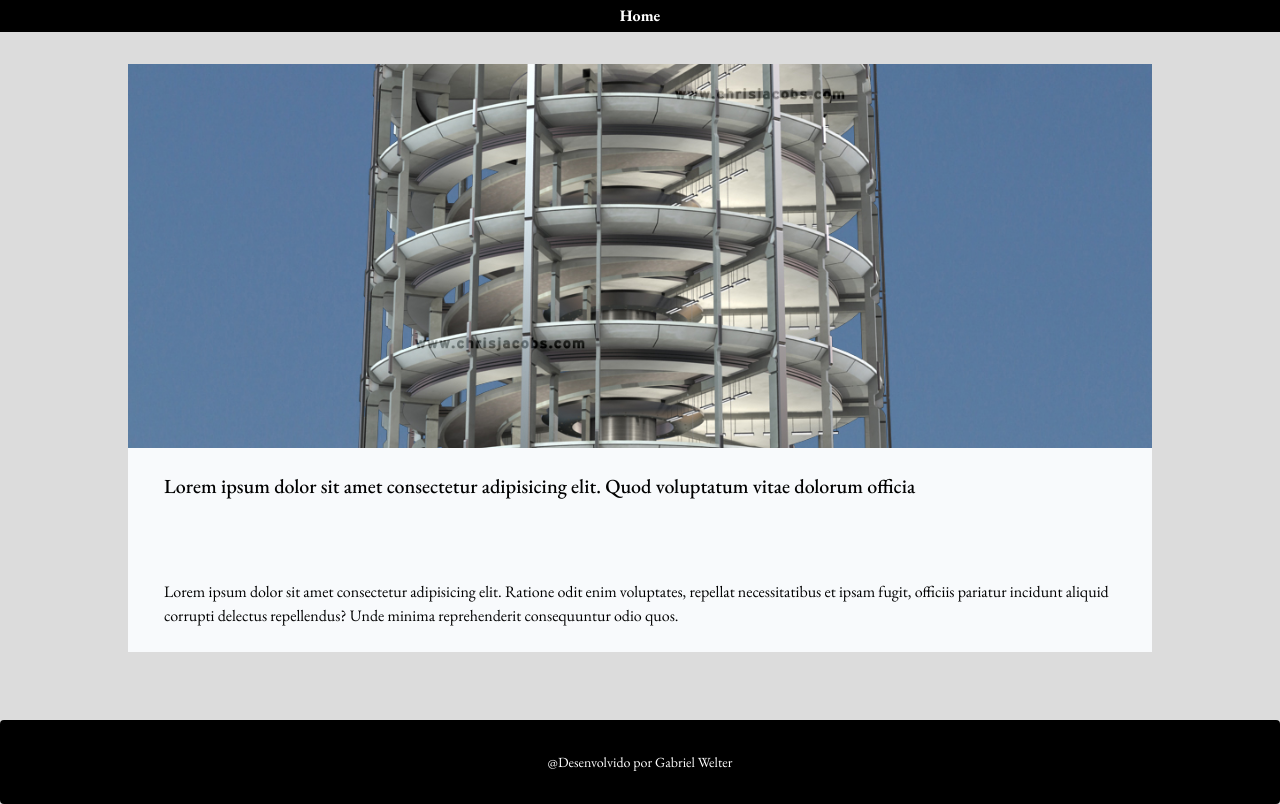
Repository: weltergab/Your-News-2-prismic-cms
Page: /noticiafull
An editor plug-in stored every save of this project. The page is shown before and after the next save, followed by the edit.
The browser window is 1280 px wide. The pictures show the whole page.
The project was rebuilt for these pictures with package versions that can differ from the ones it lists, and the page was loaded fresh each time. The framework's server and built-in components were replaced by stand-ins that run in the browser. Also part of the build but not shown: next.config.js.

Above is the page before, as saved 2023-04-30 20:10:36.

### src/pages/_document.tsx
import { Footer } from '@/components/Footer'
import { Navegacao } from '@/components/Navegacao'
import { Html, Head, Main, NextScript } from 'next/document'

export default function Document() {
  return (
    <Html lang="en">
      <Head>
        <link
          href="https://fonts.googleapis.com/css2?family=Roboto:wght@400;500&display=swap"
          rel="stylesheet"
        />
        <link rel="preconnect" href="https://fonts.googleapis.com" />
        <link rel="preconnect" href="https://fonts.gstatic.com" />
        <link href="https://fonts.googleapis.com/css2?family=EB+Garamond:ital,wght@0,400;0,500;0,600;0,700;0,800;1,400;1,500;1,600;1,700;1,800&family=Montserrat:ital,wght@0,300;0,400;0,500;0,600;0,700;0,800;0,900;1,300;1,400;1,500;1,600;1,700;1,800;1,900&display=swap" rel="stylesheet" />
      </Head>
      <body>
        <Navegacao />

        <Main />
        <NextScript />

        <Footer />
      </body>
    </Html>
  )
}

### src/pages/noticiafull/index.tsx
import Image from "next/image";

function NoticiaFull() {

  return (
    <div className='bg-color-bg bg-center bg-cover bg-no-repeat min-h-screen items-center flex flex-col'>

      <h1>Noticia Full</h1>
      <div className="bg-color-bg2 items-center flex flex-col mt-8 w-full max-w-5xl">
        <div className="h-96 w-full border-color-bg2 bg-green-300 relative overflow-hidden">
          <Image
            src="/vert.jpg"
            alt="Minha imagem"
            fill
            style={{ objectFit: 'cover' }} // object-fit: "contain"
          />
        </div>
        <div className="h-auto py-6 mx-3 px-6 flex flex-col relative">
          <h1 className="font-medium pb-20 text-xl">Lorem ipsum dolor sit amet consectetur adipisicing elit. Quod voluptatum vitae dolorum officia</h1>
          <p>Lorem ipsum dolor sit amet consectetur adipisicing elit. Ratione odit enim voluptates, repellat necessitatibus et ipsam fugit, officiis pariatur incidunt aliquid corrupti delectus repellendus? Unde minima reprehenderit consequuntur odio quos.</p>
        </div>
      </div>

    </div>
  )
}

export default NoticiaFull;

### src/styles/globals.css
@tailwind base;
@tailwind components;
@tailwind utilities;

h1 {
    @apply text-2xl text-color-title;
}

body {
    @apply bg-color-bg text-color-text2;
    -webkit-font-smoothing: antialiased;
  }

  /*

  a {
    color: #0070f3;
    text-decoration: none;
    font-weight: bold;
  }

  a:hover {
    font-style: italic;
  }


.btn {
    @apply text-base font-medium rounded-lg p-3;
}
.btn--primary {
    @apply bg-sky-500 text-white;
}
.btn--secondary {
    @apply bg-slate-100 text-slate-900;
}


Caixa de Texto 1
color: #f8fafc;
    background-color: var(--tw-prose-pre-bg);
    overflow-x: auto;
    font-weight: 400;
    font-size: .875em;
    line-height: 1.7142857;
    margin-top: 1.4285714285714286em;
    margin-bottom: 2.2857142857142856em;
    border-radius: 0.75rem;
    padding: 1.25rem;
    box-shadow: 0 4px 6px -1px #0000001a, 0 2px 4px -2px #0000001a;
    display: flex;
*/

### src/components/Footer/index.tsx
export function Footer() {
  return (
    <div className="bg-color-footer text-color-text w-full p-8 rounded">
      <div className="text-center text-sm">
        @Desenvolvido por Gabriel Welter
      </div>
    </div>
  );
}

### src/components/Navegacao/index.tsx
import Link from "next/link";

export function Navegacao() {
  return (
    <div className="bg-color-footer text-color-text w-full p-1 mb-40 top-0 fixed z-10">
      <div className="text-center">
        <Link href="/">
          <h2 className="font-bold">Home</h2>
        </Link>
      </div>
    </div>
  );
}

### tailwind.config.js
/** @type {import('tailwindcss').Config} */
module.exports = {
  content: [
    './src/pages/**/*.{js,ts,jsx,tsx,mdx}',
    './src/components/**/*.{js,ts,jsx,tsx,mdx}',
    './src/app/**/*.{js,ts,jsx,tsx,mdx}',

    // Or if using `src` directory:
    "./src/**/*.{js,ts,jsx,tsx,mdx}",
  ],
  theme: {
    extend: {
      backgroundImage: {
        blur: 'url(/assets/blur-background.png)'
      },
      fontFamily: {
        sans: 'EB Garamond, serif, Montserrat, sans-serif'
      },
      colors: {
        black1: { //
          200: '#848DA0',
          300: '#C4C4C4',
          400: '#444B5B',
          500: '#0EE7B7',
          600: '#7AC7E3',
        },
        green: {
          300: '#00B37E',
          500: '#00875F',
          700: '#015F43',
        },
        blue: {
          500: '#81D8F7',
          700: '#1B2138',
          900: '#11172B',//
        },
        orange: {
          500: '#FBA94C',
        },
        red: {
          500: '#F75A68',
        },
        gray: {
          100: '#E1E1E6',
          200: '#C4C4CC',
          300: '#8D8D99',
          400: '#f8fafc', //
          500: '#323238',
          600: '#29292E',
          700: '#121214',
          900: '#09090A',
        },
        test: {
          100: '#1A1E23',
          200: '#4A90E2',
          300: '#F2F2F2',
          400: '#222222',
          500: '#68CC7A',
          600: '#FF5B5B',
        },
        fav: {
          100: '#242D34', //desfocado twitter blue
          300: '#15202B', //twitter blue
          200: '#282A36', //vscode
          400: '#11172B', //meu portifolio
        },
        color1: {
          'btn': '#0E2A47', // botões principais, textos de destaque e links que precisam se destacar
          'btn2': '#485B39', // botões secundários, elementos de navegação e detalhes que precisam se destacar sem serem tão intensos
          'bg': '#D8D8D8', // bg
          'bg2': '#11172B', // fundos dos elementos de conteúdo
          'del': '#7A1E1E', // botões de ação destrutiva
          'title': '#3B0D35', // cabeçalhos de seções importantes e títulos de página
          'confirm': '#FFA400', // botões de ação positiva
          'text': '#FFFFFF', // texto principal e o fundo de elementos de destaque
          'text2': '#000000',
          'div': '#A8A8A8', // bordas e elementos de divisão
          'footer': '#000000', // footer e nav
        },
        color: {
          'btn': '#0E2A47',
          'btn2': '#485B39',
          'bg': '#DCDCDC',
          'bg2': '#f8fafc',
          'del': '#7A1E1E',
          'title': '#000000',
          'confirm': '#FFA400',
          'text': '#FFFFFF',
          'text2': '#000000',
          'div': '#A8A8A8',
          'footer': '#000000',
        }
      },
    },
  },
  plugins: [],
}

Loaded but not shown: src/pages/_app.tsx (common file)

After the next save:
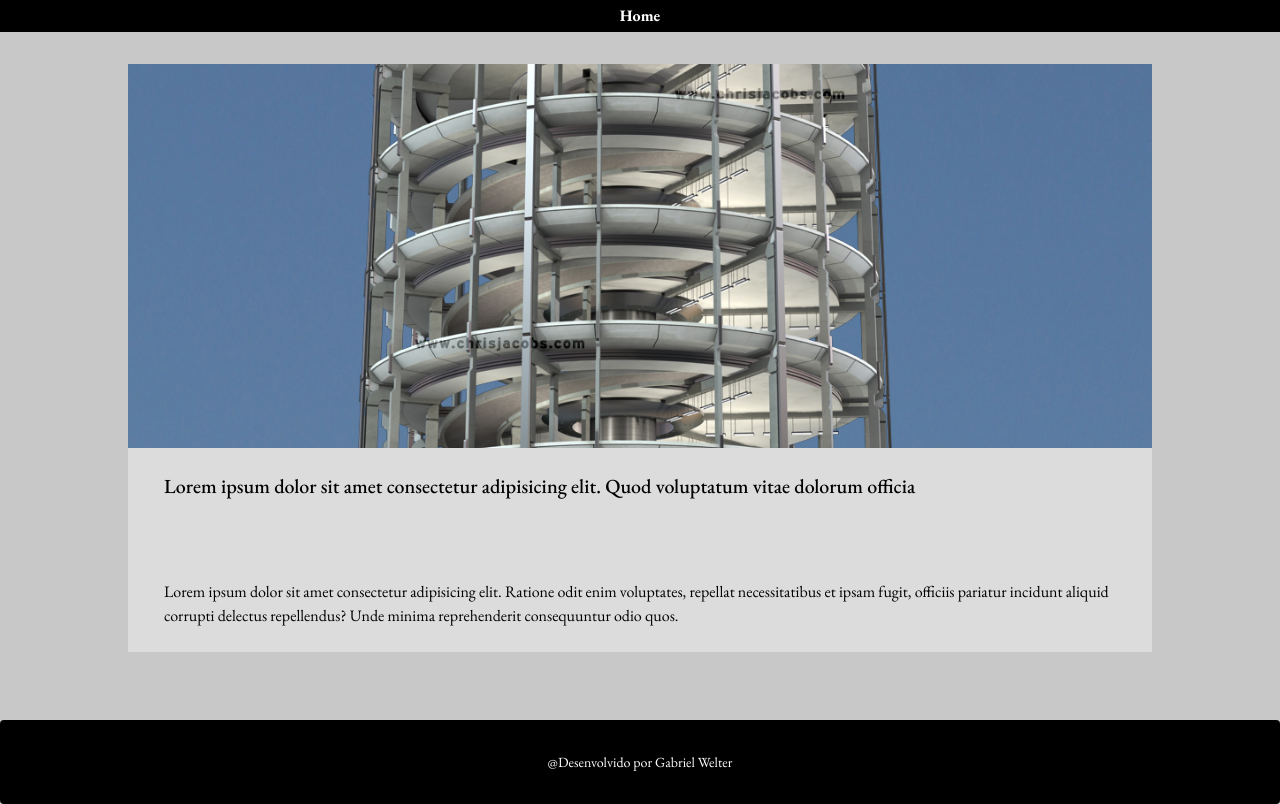
Saved 28 s later.
--- a/tailwind.config.js
+++ b/tailwind.config.js
@@ -80,8 +80,8 @@
         color: {
           'btn': '#0E2A47',
           'btn2': '#485B39',
-          'bg': '#DCDCDC',
-          'bg2': '#f8fafc',
+          'bg': '#C8C8C8',
+          'bg2': '#DCDCDC',
           'del': '#7A1E1E',
           'title': '#000000',
           'confirm': '#FFA400',
